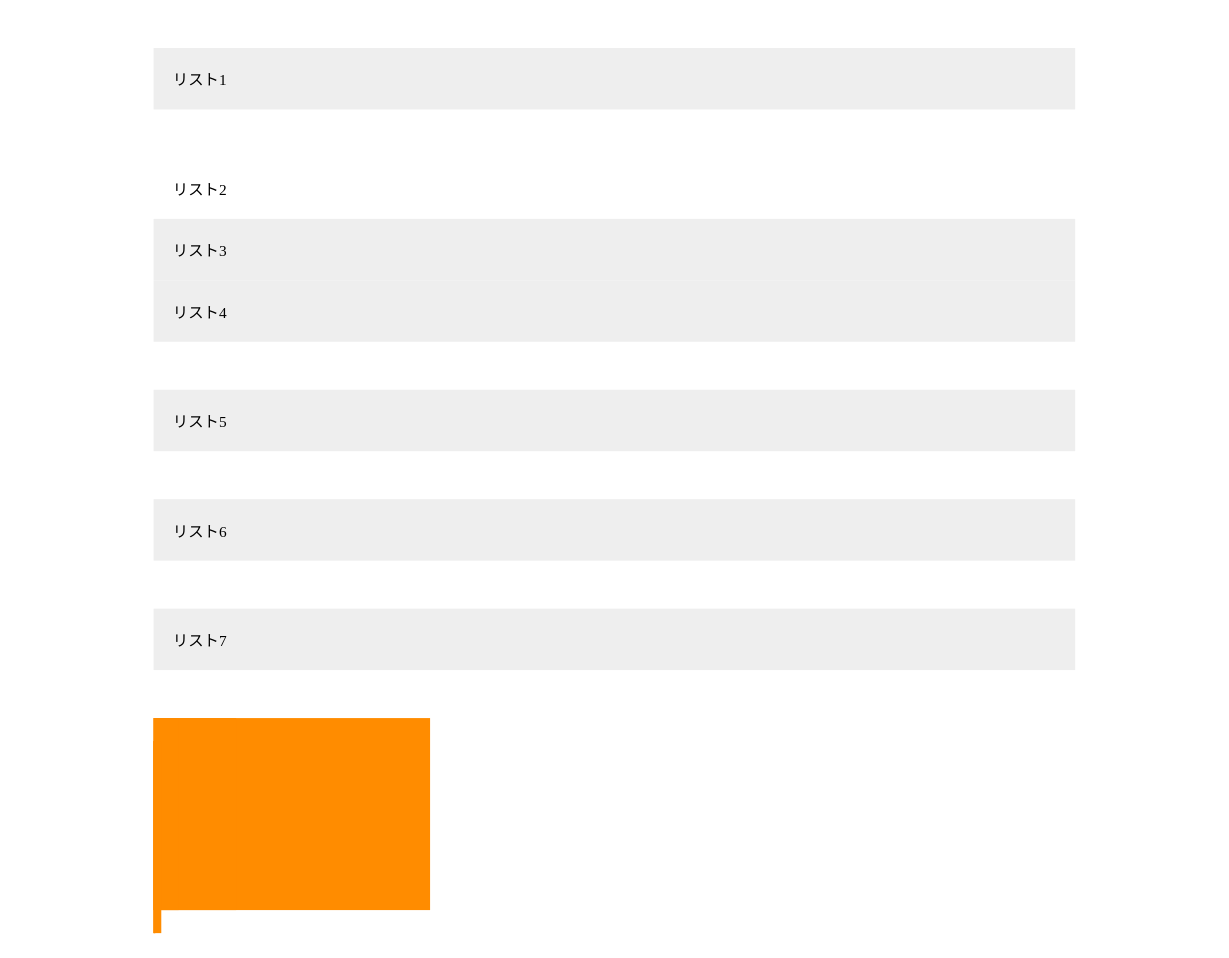
Repository: ayakodesu/html-practice
Page: chapter8_exercise/chapter8.html
The author's editor kept a record of every edit. The page is drawn from the files as they stood at one moment, then again after the next edit.
The browser window is 1280 px wide. The pictures show the whole page, at 96% of full size.

Above is the page before.

### chapter8_exercise/chapter8.html
<!DOCTYPE html>
<html lang="ja">
  <head>
    <meta charset="UTF-8" />
    <title>8章演習</title>
    <link rel="stylesheet" href="chapter8.css" />
  </head>
  <body>
    <main>
      <ul class="item-list">
        <li class="item">リスト1</li></ul>


        <li class="item">リスト2</li></ul>


        <li class="item">リスト3</li></ul>

      <ul class="item-list">
        <li class="item">リスト4</li></ul>

      <ul class="item-list">
        <li class="item">リスト5</li></ul>

      <ul class="item-list">
        <li class="item">リスト6</li></ul>

      <ul class="item-list">
        <li class="item">リスト7</li></ul>


      <div class="box-list">
        <div class="box">

      <div class="box-list">
        <div class="box">

      <div class="box-list">
        <div class="box">

    　 <div class="box-list">
        <div class="box">

       <div class="box-list">
        <div class="box">

       <div class="box-list">
        <div class="box">

       <div class="box-list">
        <div class="box">

       <div class="box-list">
        <div class="box">

       <div class="box-list">
        <div class="box">


      </div>
    </main>
  </body>
</html>

### chapter8_exercise/chapter8.css
* {
  margin: 0;
  padding: 0;
  box-sizing: border-box;
}

main {
  width: 960px;
  margin: 50px auto;
}

.item-list {
  margin-bottom: 50px;
 list-style: none;

}

.item {
  padding: 20px;
  list-style: none;
}





.item:nth-child(odd) {
    background-color: #eee;
}

.box-list {
  display: flex;
  flex-wrap: wrap;
}

.box {
  background-color: #ffd700;
  width: 30%;
  height: 200px;
  margin-right: 5%;
  margin-bottom: 40px;
}

.box:first-child,
.box:nth-child(5),
.box:last-child {
  background-color: #ff8c00;
}

.box:nth-child(3n) {
  margin-right: 0;
}

.box:nth-last-child(-n + 3) {
  margin-bottom: 0;
}

After the next edit:
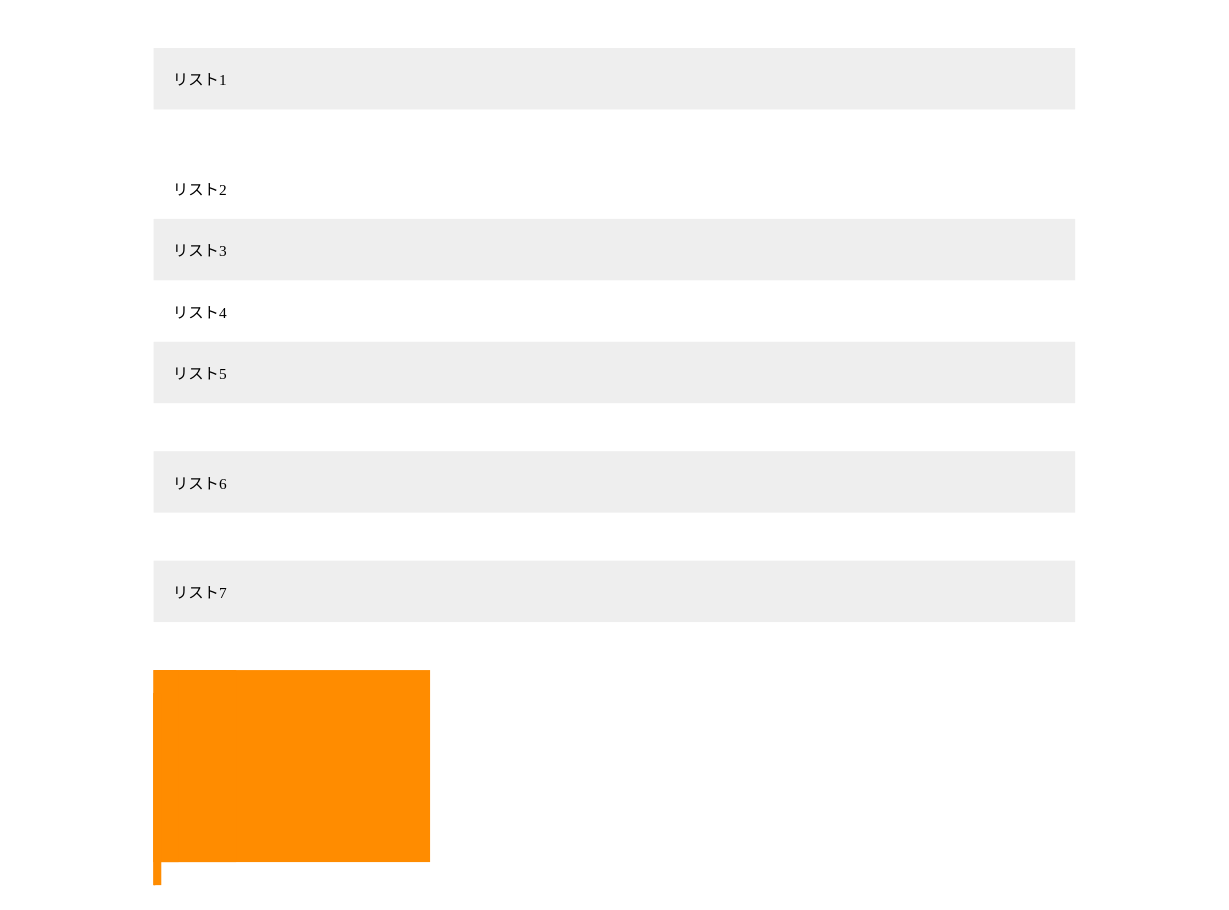
The edit:
--- a/chapter8_exercise/chapter8.html
+++ b/chapter8_exercise/chapter8.html
@@ -16,7 +16,7 @@
 
         <li class="item">リスト3</li></ul>
 
-      <ul class="item-list">
+
         <li class="item">リスト4</li></ul>
 
       <ul class="item-list">
